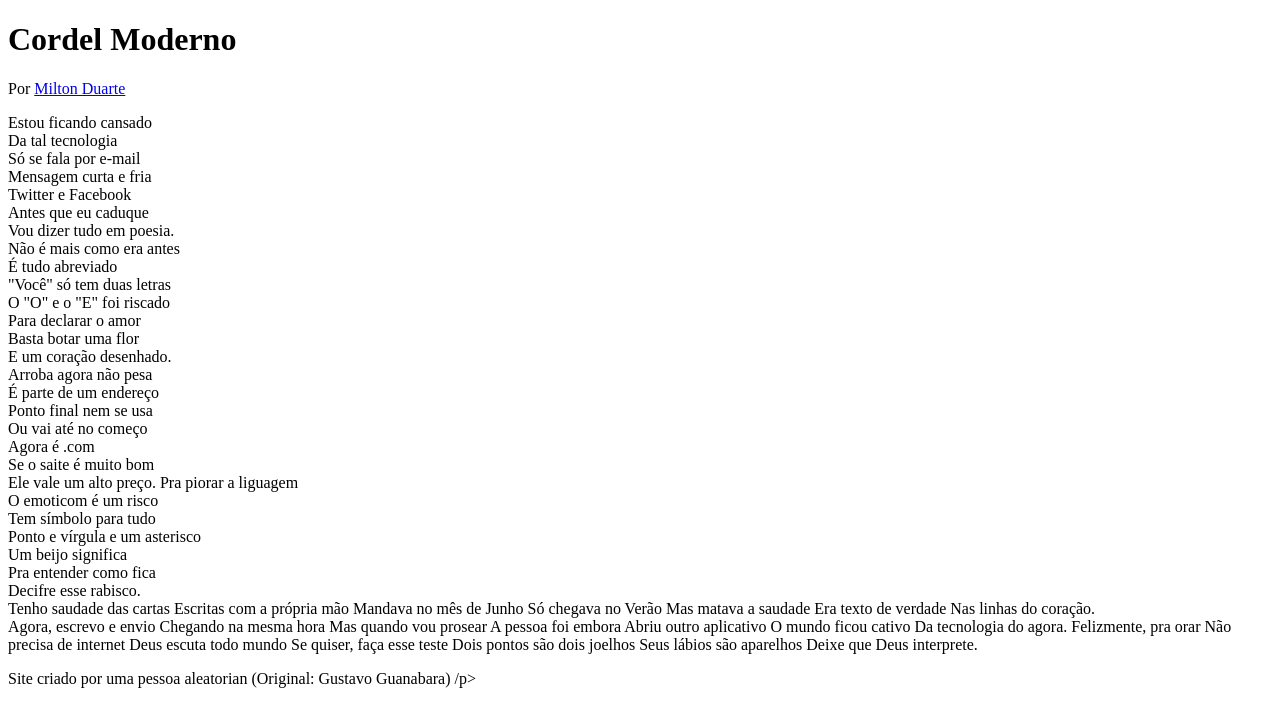
Repository: Codigo404q/html-css
Page: AHAHAHAHAHAHAHHHHHHHHHAHAHAHAHAHAHHAHAH/d012/index.html
These files come from the project's save history. The page is drawn as it stood at one moment and after a run of saves; the edit follows.
The browser window is 1280 px wide. The pictures show the whole page.

Above is the page before, as saved 2024-01-07 22:42:22.

After the next 6 saves:
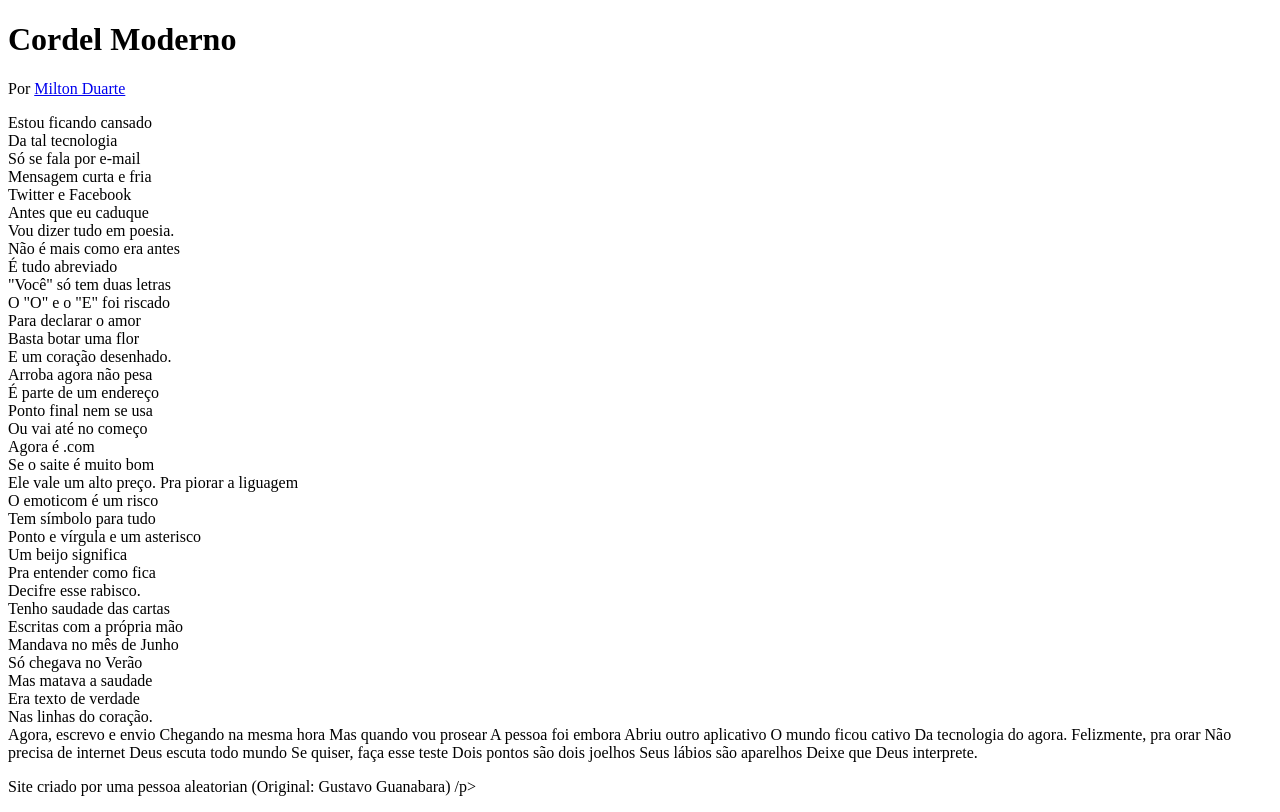
The 6 saves are shown as one change because they came seconds apart.
The last was saved 22 s later.
--- a/AHAHAHAHAHAHAHHHHHHHHHAHAHAHAHAHAHHAHAH/d012/index.html
+++ b/AHAHAHAHAHAHAHHHHHHHHHAHAHAHAHAHAHHAHAH/d012/index.html
@@ -56,12 +56,12 @@
 
 
     <section>
-        Tenho saudade das cartas
-        Escritas com a própria mão
-        Mandava no mês de Junho
-        Só chegava no Verão
-        Mas matava a saudade
-        Era texto de verdade
+        Tenho saudade das cartas <br>
+        Escritas com a própria mão <br>
+        Mandava no mês de Junho <br>
+        Só chegava no Verão <br>
+        Mas matava a saudade <br>
+        Era texto de verdade <br>
         Nas linhas do coração.
     </section>
 
